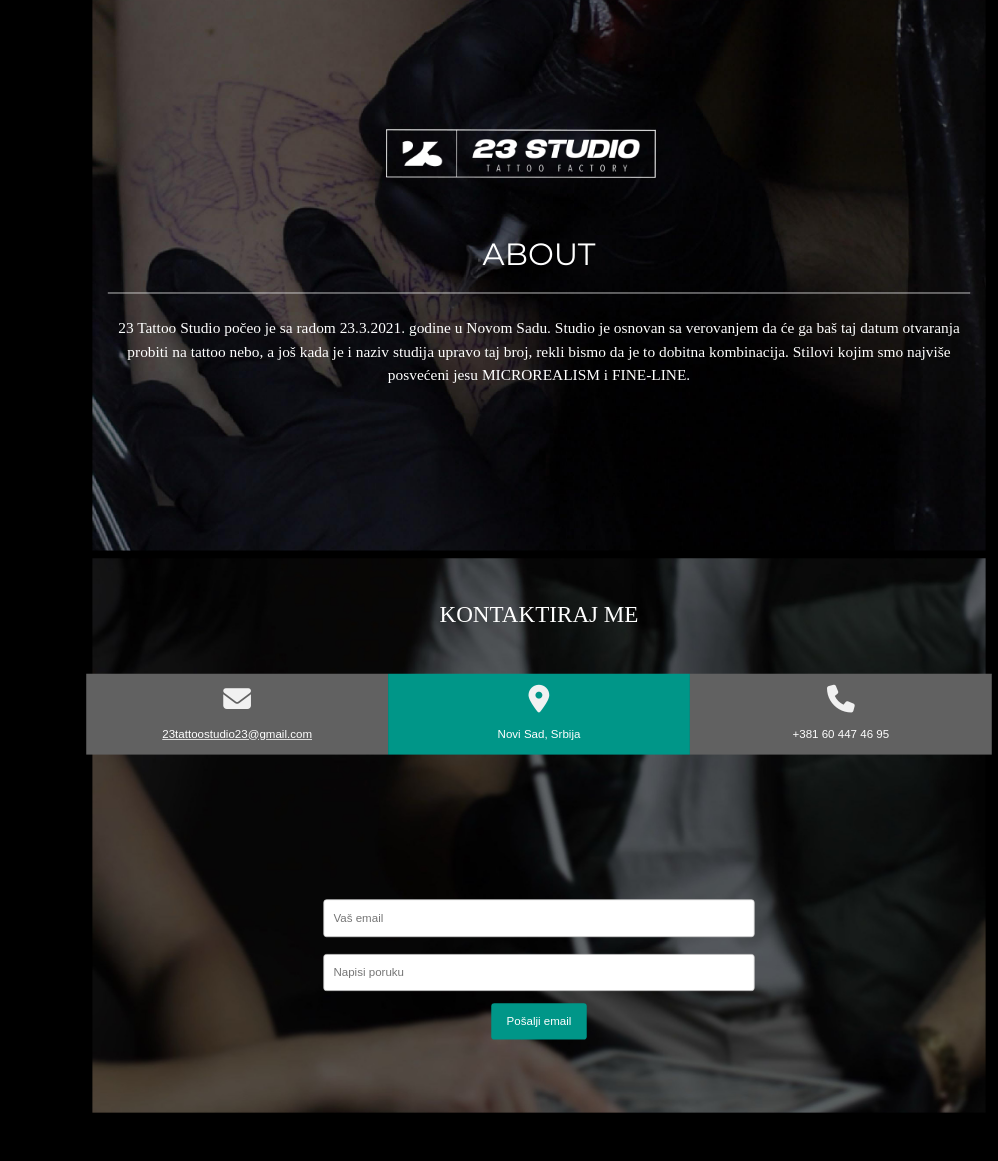
Repository: ReljaStefanovicGitHub/23tattoo
Page: index.html
The author's editor kept a copy of each file at every save. The page is drawn from the files as they stood at one save, then again after the next save.
The browser window is 1280 px wide. The page is 1296 px wide, so the pictures cover 1296 px, including what lies to the right of the window. The pictures show the whole page, at 77% of full size.
Some web fonts or font styles are not loaded; a fallback is used.

Above is the page before, as saved 2024-08-09 20:04:22.
Console error: ReferenceError: emailjs is not defined

After the next save:
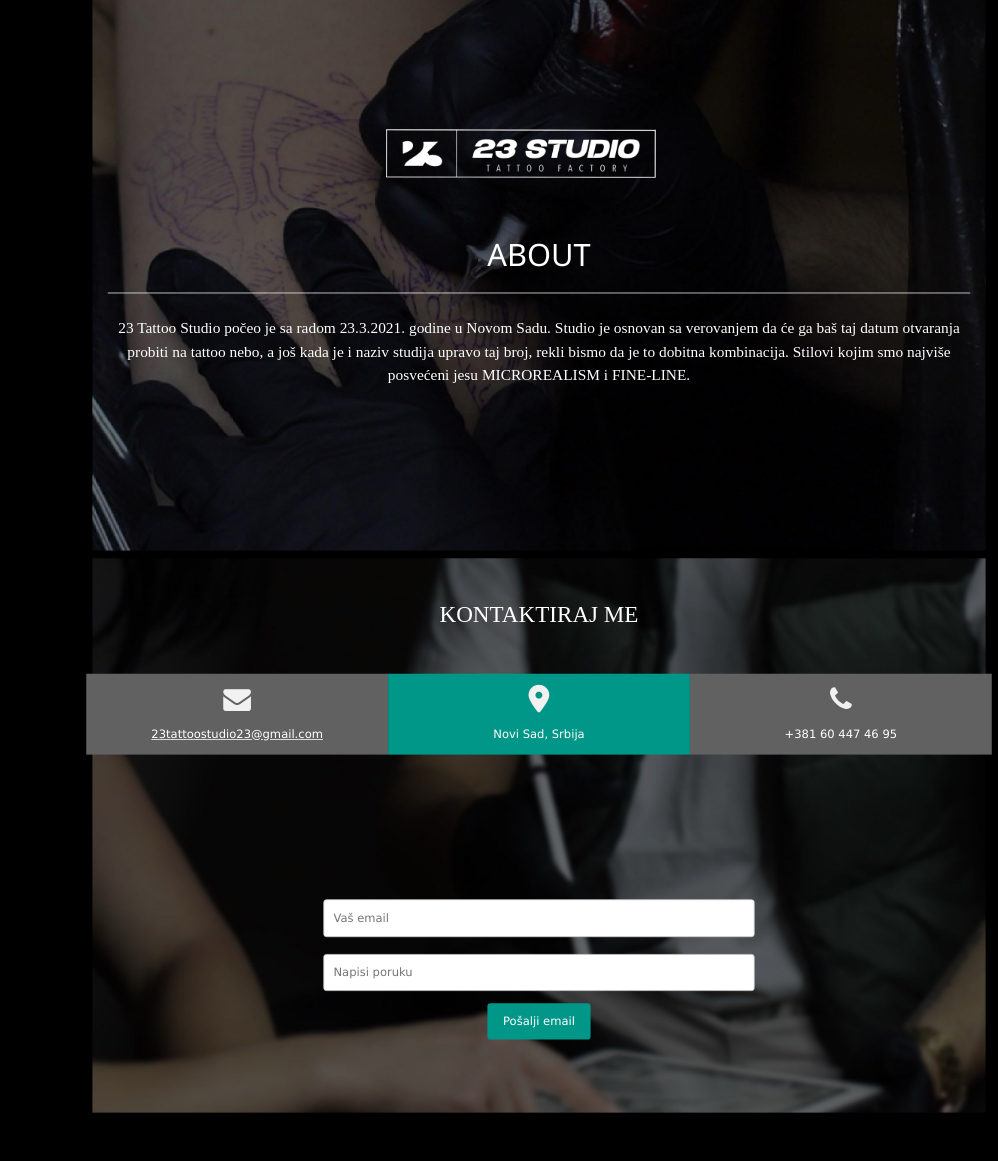
Saved 93 s later.
--- a/index.html
+++ b/index.html
@@ -13,6 +13,9 @@
 <link rel="stylesheet" href="/css/gallery.css">
 <link rel="stylesheet" href="/css/qa.css">
 <link rel="stylesheet" href="/css/style.css">
+<link rel="stylesheet" href="https://www.w3schools.com/w3css/4/w3.css">
+<link rel="stylesheet" href="https://fonts.googleapis.com/css?family=Montserrat">
+<link rel="stylesheet" href="https://cdnjs.cloudflare.com/ajax/libs/font-awesome/4.7.0/css/font-awesome.min.css">
 <script type="text/javascript" src="https://cdn.emailjs.com/dist/email.min.js"></script>
 <script type="text/javascript" src="email.js"></script>
 <script type="text/javascript" src="https://unpkg.com/sweetalert/dist/sweetalert.min.js"></script>
